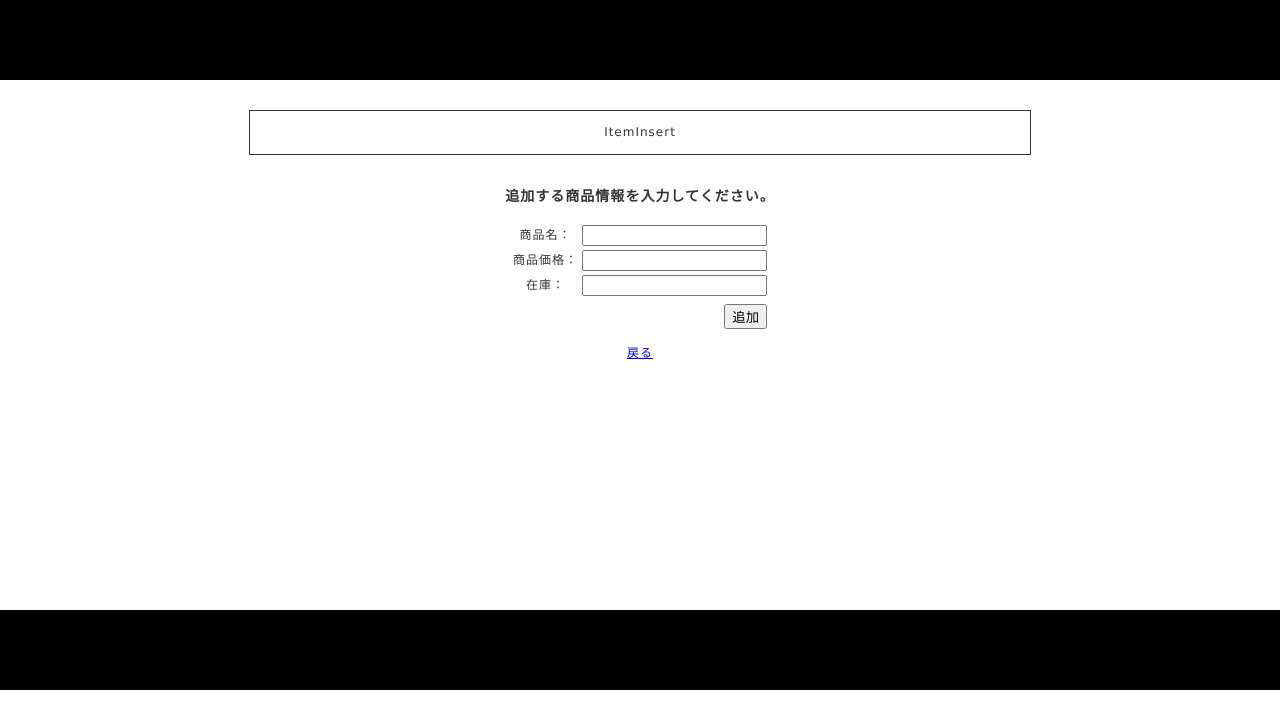
Repository: y321sudo/test2
Page: http://localhost/Yukazon/itemInsert.jsp
These files come from the project's save history. The page is drawn as it stood at one moment and after the next save; the edit follows.
The browser window is 1280 px wide. The pictures show the whole page.
The page is served by Tomcat 9. Other server files are loaded and not shown.

Above is the page before, as saved 2018-02-28 05:32:35.

### Yukazon/WebContent/itemInsert.jsp
<%@ page language="java" contentType="text/html; charset=UTF-8" pageEncoding="UTF-8"%>
<%@ taglib prefix="s" uri="/struts-tags" %>
<!DOCTYPE html>
<html>
<head>
	<meta charset="utf-8">
	<meta http-equiv="Content-Type" content="text/html; charset=utf-8" />
	<meta http-equiv="Content-Style-Type" content="text/css" />
	<meta http-equiv="Content-Script-Type" content="text/javascript" />
	<meta http-equiv="imagetoolbar" content="no" />
	<meta name="description" content="" />
	<meta name="keywords" content="" />
	<meta charset="utf-8">
	<title>ItemInsert画面</title>
	<style type="text/css">

		/* ========TAG LAYOUT======== */
		body {
		   margin:0;
		   padding:0;
		   line-height:1.6;
		   letter-spacing:1px;
		   font-family:Verdana, Helvetica, sans-serif;
		   font-size:12px;
		   color:#333;
		   background:#fff;
		}

		table {
			text-align:center;
			margin:0 auto;
		}

		/* ========ID LAYOUT======== */
		#top {
		   width:780px;
		   margin:30px auto;
		   border:1px solid #333;
		}

		#header {
		   width: 100%;
		   height: 80px;
		   background-color: black;
		}

		#main {
		   width: 100%;
		   height: 500px;
		   text-align: center;
		}

		#footer {
			width: 100%;
			height: 80px;
			background-color: black;
			clear:both;
		}


	</style>
</head>
<body>
	<div id="header">
	</div>

	<div id="main">
		<div id="top">
			<p>ItemInsert</p>
		</div>

		<div>
			<h3>追加する商品情報を入力してください。</h3>
			<s:form action="ItemInsertAction">
				<tr>
					<td>商品名：</td>
					<td><input type="text" name="itemName"></td>
				</tr>
				<tr>
					<td>商品価格：</td>
					<td><input type="text" name="itemPrice"></td>
				</tr>
				<tr>
					<td>在庫：</td>
					<td><input type="text" name="itemStock"></td>
				</tr>
				<tr>
					<td><s:submit value="追加"/></td>
				</tr>
			</s:form>
			<div>
				<p><a href='<s:url action="HomeAction"/>'>戻る</a></p>
			</div>
		</div>
	</div>

	<div id="footer">
	</div>
</body>
</html>

After the next save:
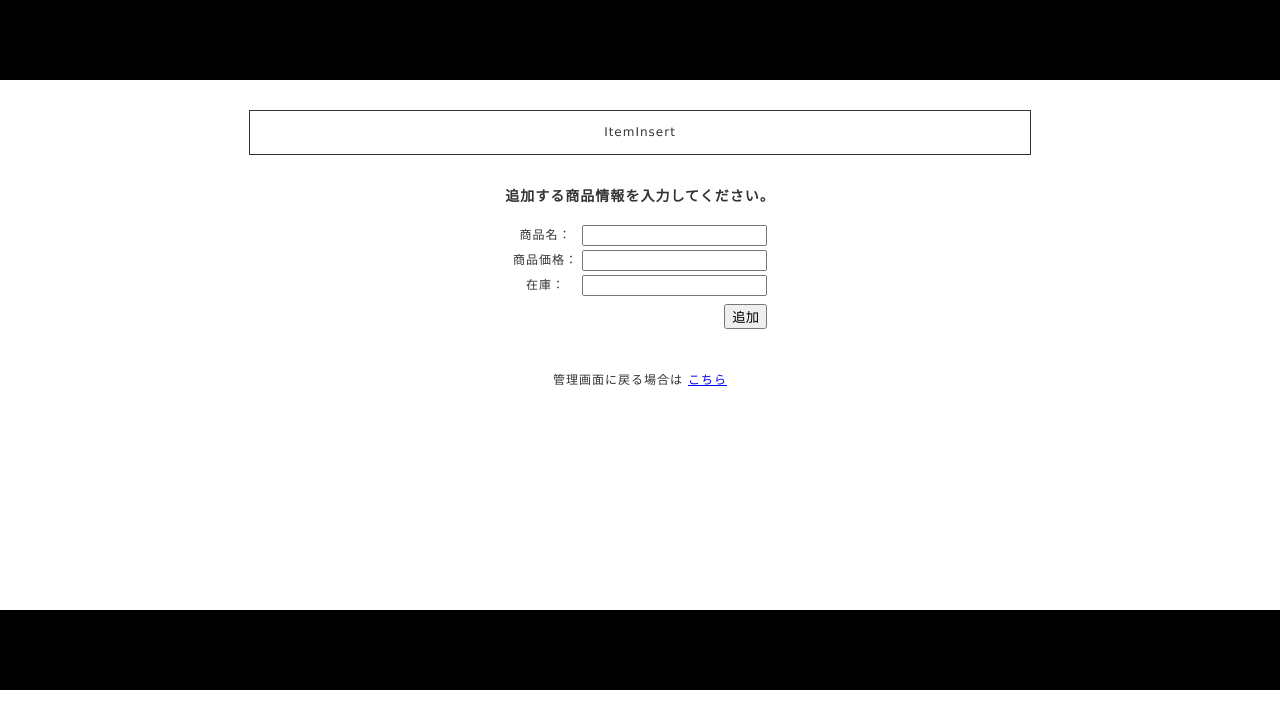
Saved 32 s later.
--- a/Yukazon/WebContent/itemInsert.jsp
+++ b/Yukazon/WebContent/itemInsert.jsp
@@ -88,8 +88,10 @@
 					<td><s:submit value="追加"/></td>
 				</tr>
 			</s:form>
+			<br><br>
 			<div>
-				<p><a href='<s:url action="HomeAction"/>'>戻る</a></p>
+				<span>管理画面に戻る場合は</span>
+				<a href="http://localhost:8080/Yukazon/master.jsp">こちら</a>
 			</div>
 		</div>
 	</div>
